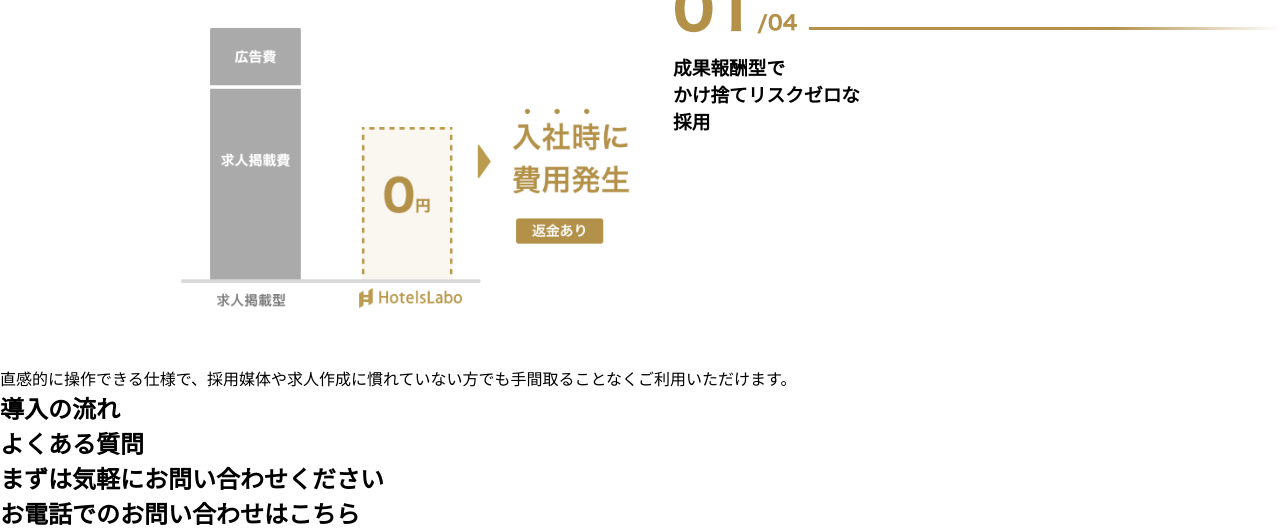
Repository: FujieRyou/to_b_lp
Page: index.html
An editor plug-in stored every save of this project. The page is shown before and after the next save, followed by the edit.
The browser window is 1280 px wide. The pictures show the part of the page from y = 1533 to 2063 px (the page is 2063 px tall before and 1975 px after).
A picture or video elsewhere on the page could not be fetched, so the positions and the page height are approximate.

Above is the page before, as saved 2024-03-04 12:18:11.
Not found: index.js

After the next save:
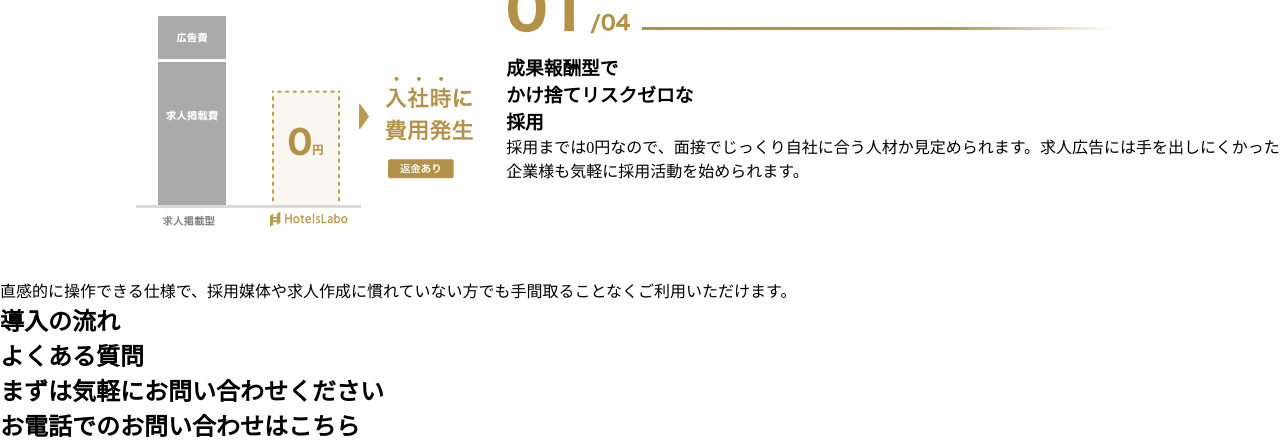
Saved 28 s later.
--- a/index.html
+++ b/index.html
@@ -102,7 +102,7 @@
                             <div>
                                 <img src="img/reason1.png" alt="理由01/04">
                                 <h3>成果報酬型で<br>かけ捨てリスクゼロな<br>採用</h3>
-                                <p></p>
+                                <p>採用までは0円なので、面接でじっくり自社に合う人材か見定められます。求人広告には手を出しにくかった企業様も気軽に採用活動を始められます。</p>
                             </div>
                         </div>
                     </article>
